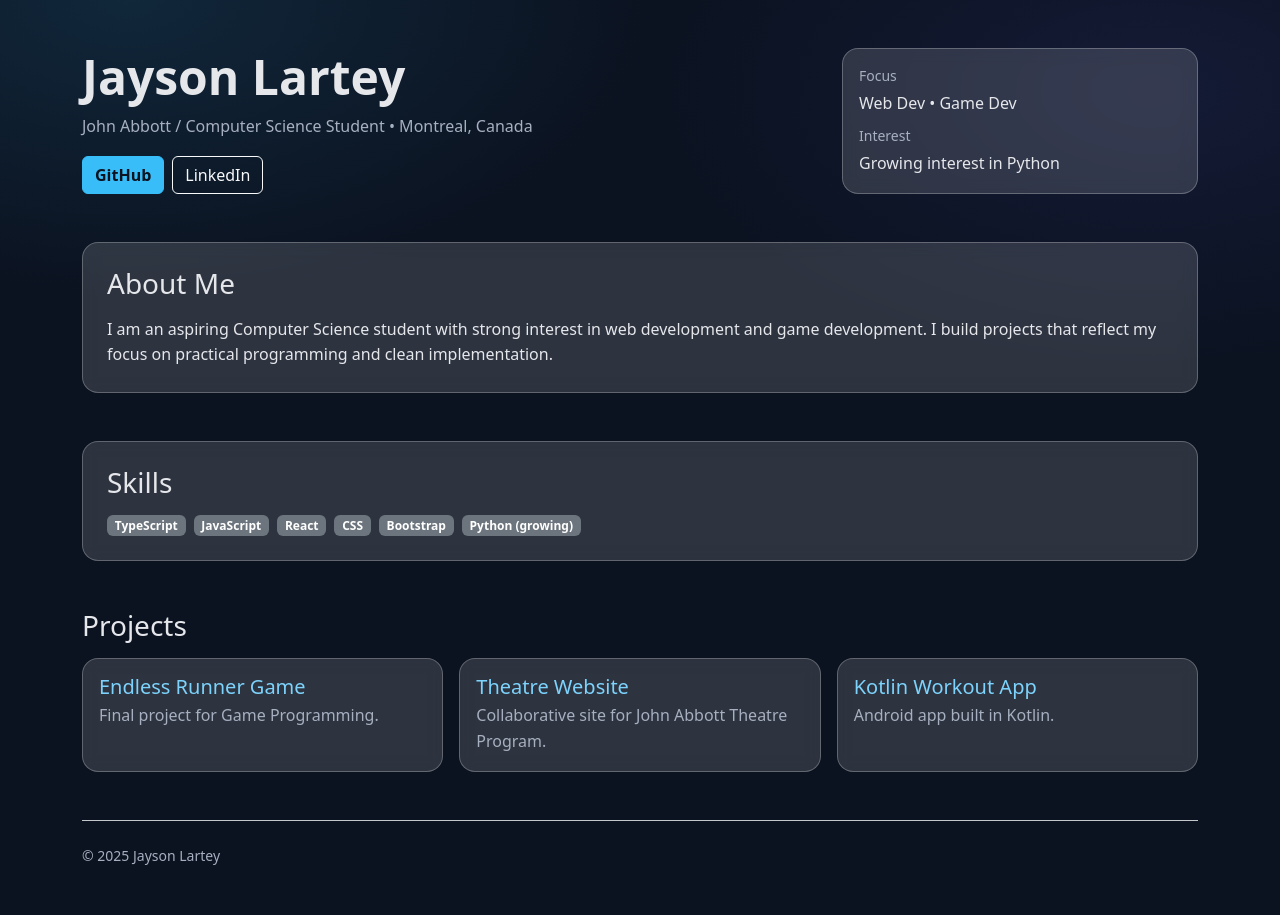
Repository: jaysonlartey/jaysonlartey.github.io
Page: index.html
These files come from the project's save history. The page is drawn as it stood at one moment and after the next save; the edit follows.
The browser window is 1280 px wide. The pictures show the whole page.

Above is the page before, as saved 2025-12-12 20:35:21.

### index.html
<!DOCTYPE html>
<html lang="en">

<head>
    <meta charset="UTF-8">
    <meta name="viewport" content="width=device-width, initial-scale=1.0">
    <title>Jayson Lartey - Portfolio</title>
    <link href="https://cdn.jsdelivr.net/npm/bootstrap@5.3.3/dist/css/bootstrap.min.css" rel="stylesheet">
    <link rel="stylesheet" href="style.css" />
    <script src="https://cdn.jsdelivr.net/npm/bootstrap@5.3.3/dist/js/bootstrap.bundle.min.js"></script>
    <script src="script.js"></script>
</head>

<body>
<header class="container py-5">
  <div class="row align-items-center g-4">
    <div class="col-12 col-md-8">
      <h1 class="display-5 fw-semibold mb-2">Jayson Lartey</h1>
      <p class="text-secondary mb-3">John Abbott / Computer Science Student • Montreal, Canada</p>

      <div class="d-flex gap-2 flex-wrap">
        <a class="btn btn-primary" href="https://github.com/jaysonlartey" target="_blank" rel="noreferrer">GitHub</a>
        <a class="btn btn-outline-light" href="https://www.linkedin.com/in/jayson-lartey/" target="_blank" rel="noreferrer">LinkedIn</a>
      </div>
    </div>

    <div class="col-12 col-md-4">
      <div class="card card-dark p-3">
        <div class="small text-secondary">Focus</div>
        <div class="mt-1">Web Dev • Game Dev</div>
        <div class="mt-2 small text-secondary">Interest</div>
        <div class="mt-1">Growing interest in Python</div>
      </div>
    </div>
  </div>
</header>


 <main class="container pb-5">
  <section class="mb-5">
    <div class="card card-dark p-4">
      <h2 class="h3 mb-3">About Me</h2>
      <p class="mb-0">
        I am an aspiring Computer Science student with strong interest in web development and game development.
        I build projects that reflect my focus on practical programming and clean implementation.
      </p>
    </div>
  </section>

  <section class="mb-5">
    <div class="card card-dark p-4">
      <h2 class="h3 mb-3">Skills</h2>
      <div class="d-flex flex-wrap gap-2">
        <span class="badge text-bg-secondary">TypeScript</span>
        <span class="badge text-bg-secondary">JavaScript</span>
        <span class="badge text-bg-secondary">React</span>
        <span class="badge text-bg-secondary">CSS</span>
        <span class="badge text-bg-secondary">Bootstrap</span>
        <span class="badge text-bg-secondary">Python (growing)</span>
      </div>
    </div>
  </section>

  <section class="mb-5">
    <h2 class="h3 mb-3">Projects</h2>

    <div class="row g-3">
      <div class="col-12 col-md-4">
        <div class="card card-dark h-100 p-3">
          <h3 class="h5 mb-1">
            <a class="project-link" href="https://github.com/jaysonlartey/Endless-Runner-Game" target="_blank" rel="noreferrer">
              Endless Runner Game
            </a>
          </h3>
          <p class="text-secondary mb-0">Final project for Game Programming.</p>
        </div>
      </div>

      <div class="col-12 col-md-4">
        <div class="card card-dark h-100 p-3">
          <h3 class="h5 mb-1">
            <a class="project-link" href="https://github.com/jaysonlartey/Theatre-App" target="_blank" rel="noreferrer">
              Theatre Website
            </a>
          </h3>
          <p class="text-secondary mb-0">Collaborative site for John Abbott Theatre Program.</p>
        </div>
      </div>

      <div class="col-12 col-md-4">
        <div class="card card-dark h-100 p-3">
          <h3 class="h5 mb-1">
            <a class="project-link" href="https://github.com/jaysonlartey/Workout-App" target="_blank" rel="noreferrer">
              Kotlin Workout App
            </a>
          </h3>
          <p class="text-secondary mb-0">Android app built in Kotlin.</p>
        </div>
      </div>
    </div>
  </section>

  <footer class="pt-4 border-top border-secondary-subtle text-secondary small">
    © <span id="year"></span> Jayson Lartey
  </footer>
</main>

</body>

</html>

### style.css
:root{
  --bg: #0b1220;
  --fg: #e5e7eb;
  --muted: #a7b0c0;
  --card: rgba(255,255,255,0.14);
  --card-border: rgba(255,255,255,0.25);
}

*{ box-sizing:border-box; }

body{
  margin:0;
  font-family: system-ui, -apple-system, Segoe UI, Roboto, sans-serif;
  color: var(--fg);
  background:
    radial-gradient(900px 500px at 10% 0%, rgba(56,189,248,0.12), transparent 60%),
    radial-gradient(900px 500px at 90% 10%, rgba(99,102,241,0.10), transparent 55%),
    var(--bg);
  line-height:1.6;
}

a{ text-decoration:none; }
a:hover{ text-decoration:underline; }

.text-secondary{ color: var(--muted) !important; }

.card-dark{
  background: var(--card);
  border: 1px solid var(--card-border);
  border-radius: 16px;
  color: var(--fg);
  backdrop-filter: blur(8px);
}

.project-link{
  color: #7dd3fc;
}
.project-link:hover{
  color: #bae6fd;
}

.btn-primary{
  background: #38bdf8;
  border-color: #38bdf8;
  color: #0b1220;
  font-weight: 600;
}
.btn-primary:hover{
  background: #7dd3fc;
  border-color: #7dd3fc;
  color: #0b1220;
}

### script.js
document.addEventListener("DOMContentLoaded", () => {
  const year = document.getElementById("year");
  if (year) year.textContent = new Date().getFullYear();
});

After the next save:
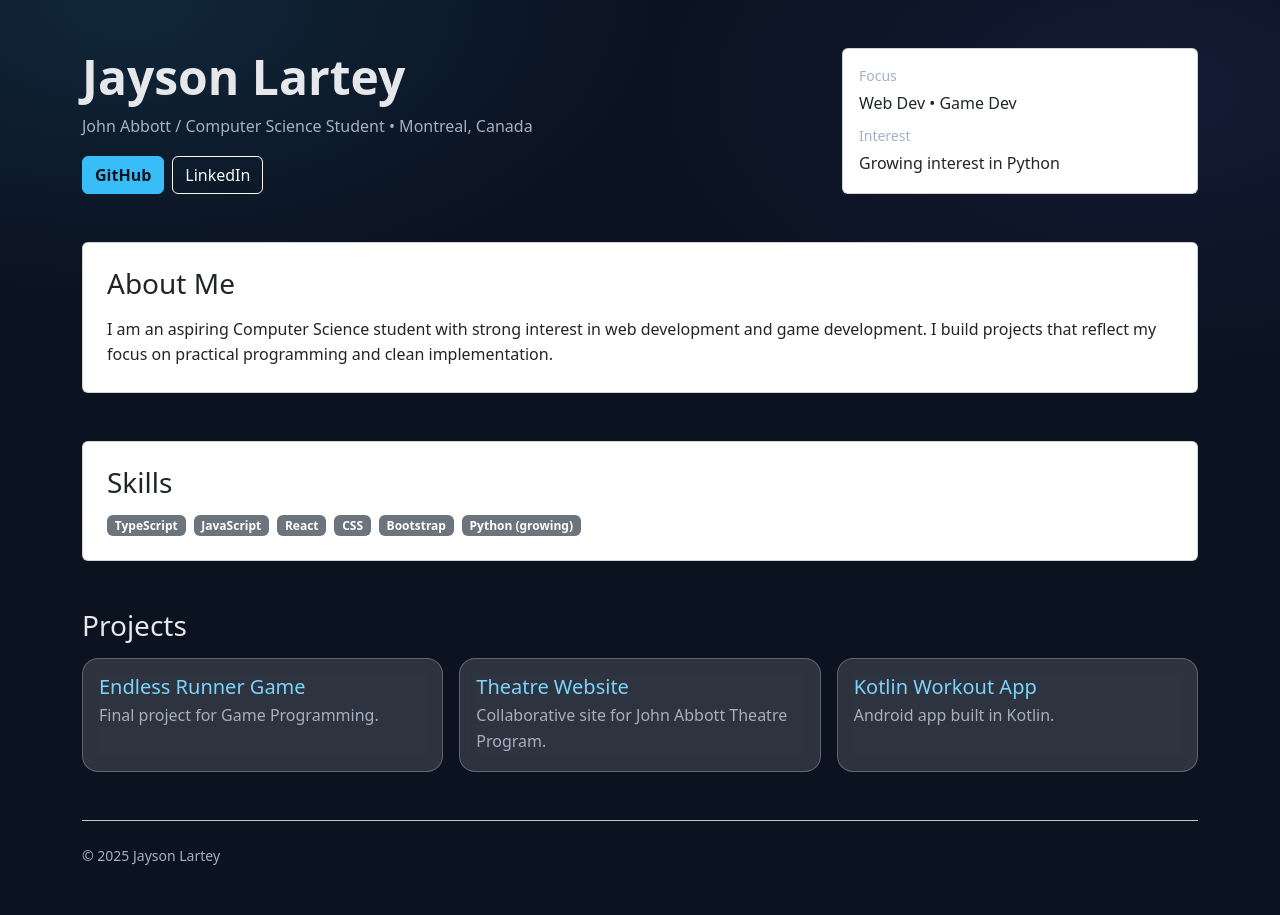
Saved 2 min 39 s later.
--- a/index.html
+++ b/index.html
@@ -25,7 +25,7 @@
     </div>
 
     <div class="col-12 col-md-4">
-      <div class="card card-dark p-3">
+<div class="card bg-white text-dark p-3">
         <div class="small text-secondary">Focus</div>
         <div class="mt-1">Web Dev • Game Dev</div>
         <div class="mt-2 small text-secondary">Interest</div>
@@ -38,7 +38,7 @@
 
  <main class="container pb-5">
   <section class="mb-5">
-    <div class="card card-dark p-4">
+<div class="card bg-white text-dark p-4">
       <h2 class="h3 mb-3">About Me</h2>
       <p class="mb-0">
         I am an aspiring Computer Science student with strong interest in web development and game development.
@@ -48,7 +48,7 @@
   </section>
 
   <section class="mb-5">
-    <div class="card card-dark p-4">
+<div class="card bg-white text-dark p-4">
       <h2 class="h3 mb-3">Skills</h2>
       <div class="d-flex flex-wrap gap-2">
         <span class="badge text-bg-secondary">TypeScript</span>
